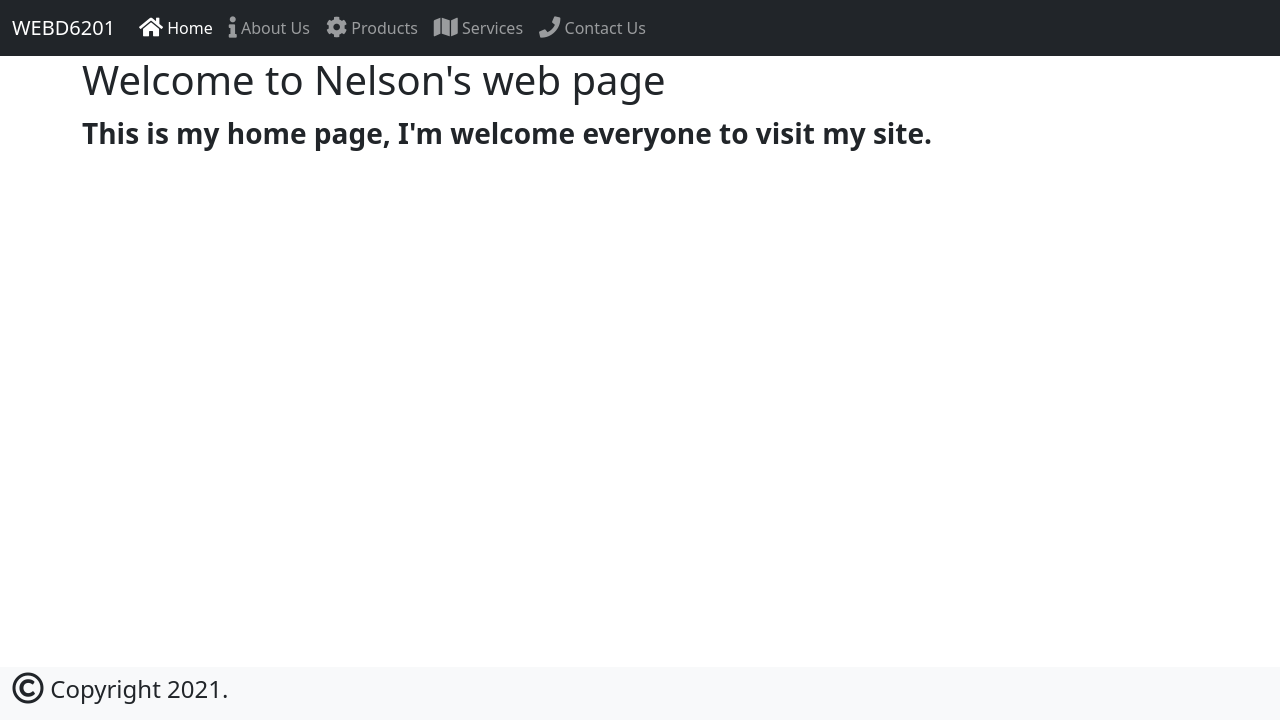
Repository: YiuWingLau/WEBD6201-W2021-Lab1
Page: index.html
An editor plug-in stored every save of this project. The page is shown before and after the next save, followed by the edit.
The browser window is 1280 px wide. The pictures show the whole page.

Above is the page before, as saved 2021-02-03 17:32:27.

### index.html
<!DOCTYPE html>
<html lang="en">
<head>
    <meta charset="UTF-8">
    <meta name="viewport" content="width=device-width, initial-scale=1.0">
    <title>Home</title>

    <!--CSS Section -->
    <link rel="stylesheet" href="./node_modules/bootstrap/dist/css/bootstrap.min.css">
    <link rel="stylesheet" href="./node_modules/@fortawesome//fontawesome-free/css/all.min.css">
    <link rel="stylesheet" href="./Content/app.css">
</head>
<body>
    <!-- Main Header-->
    <header>
      <!-- Main Navigation-->
        <nav class="navbar navbar-expand-lg navbar-dark bg-dark">
            <div class="container-fluid">
              <a class="navbar-brand" href="index.html">WEBD6201</a>
              <button class="navbar-toggler" type="button" data-bs-toggle="collapse" data-bs-target="#navbarSupportedContent" aria-controls="navbarSupportedContent" aria-expanded="false" aria-label="Toggle navigation">
                <span class="navbar-toggler-icon"></span>
              </button>
              <div class="collapse navbar-collapse" id="navbarSupportedContent">
                <ul class="navbar-nav me-auto mb-2 mb-lg-0">

                    <li class="nav-item">
                      <a class="nav-link active" aria-current="page" href="index.html"><i class="fas fa-home fa-lg"></i> Home</a>
                    </li>

                    <li class="nav-item">
                      <a class="nav-link" aria-current="page" href="about.html"><i class="fas fa-info fa-lg"></i> About Us</a>
                    </li>
                    <li class="nav-item">
                      <a class="nav-link" aria-current="page" href="products.html"><i class="fas fa-cog fa-lg"></i> Products</a>
                    </li>
                    <li class="nav-item">
                      <a class="nav-link" aria-current="page" href="services.html"><i class="fas fa-map fa-lg"></i> Services</a>
                    </li>
                    <li class="nav-item">
                      <a class="nav-link" aria-current="page" href="contact.html"><i class="fas fa-phone fa-lg"></i> Contact Us</a>
                    </li>
                </ul>
              </div>
            </div>
        </nav>
    </header>
    <!-- Main Content -->
    <main class="container">
        <h1>Welcome to WEBD6201</h1>
        <p id="paragraphOne" class="fs-3"></p>
    </main>
    <!-- Main Footer -->
    <footer>
        <nav class="navbar fixed-bottom navbar-light bg-light">
            <div class="container-fluid">
              <h4><i class="far fa-copyright fa-lg"></i> Copyright 2021.</a></h4>
            </div>
        </nav>
    </footer>
    <!-- JavaScript Section -->
    <script src="./node_modules/jquery/dist/jquery.min.js"></script>
    <script src="./node_modules/bootstrap/dist/js/bootstrap.bundle.min.js"></script>
    <script src="./Scripts/app.js"></script>
</body>
</html>

### Scripts/app.js
/* custom JavaScript goes here */

//IIFE - Immediately Invoked Function Expression
//AKA - Anonymous Self-Executing Function
//Closure - limits scope leak

"use strict";

(function()
{
    function displayHome()
    {
        let paragraphOneText =
          "This is a simple site to demonstrate DOM Manipulation for ICE 1";

        let paragraphOneElement = document.getElementById("paragraphOne");

        paragraphOneElement.textContent = paragraphOneText;
        paragraphOneElement.className = "fs-5";

        // Step 1. document.createElement
        let newParagraph = document.createElement("p");
        // Step 2. configure the element
        newParagraph.setAttribute("id", "paragraphTwo");
        newParagraph.textContent = "...And this is paragraph two";
        // Step 3. select the parent element
        let mainContent = document.getElementsByTagName("main")[0];
        // Step 4. Add / Insert the element
        mainContent.appendChild(newParagraph);
        newParagraph.className = "fs-6";

        // another way of injecting content
        let paragraphDiv = document.createElement("div");
        let paragraphThree = `<p id="paragraphThree" class="fs-7 fw-bold">And this is the Third Paragraph</p>`;
        paragraphDiv.innerHTML = paragraphThree;

        // insertions

        // example of inserting before a node
        //newParagraph.before(paragraphDiv);

        // example of inserting after a node
        newParagraph.after(paragraphDiv);

        // deletions

        // example of removing a single element
        //paragraphOneElement.remove();

        // example of removeChild
        mainContent.removeChild(paragraphOneElement);
        // update / modification
        //mainContent.firstElementChild.textContent = "Welcome Home!";

        mainContent.innerHTML = `<h1 id="firstHeading">Welcome to Nelson's web page</h1>
         <p id="paragraphOne" class="fs-3 fw-bold">This is my home page, I'm welcome everyone to visit my site.</p>
        `;

    }

    function displayAbout()
    {

    }

    function displayProjects()
    {

    }

    function displayServices()
    {

    }

    function displayContact()
    {
        let messageArea = document.getElementById("messageArea");
        messageArea.hidden = true;

        // form validation
        let fullName = document.getElementById("fullName");
        fullName.addEventListener("blur", function() {
            if(fullName.value.length < 2)
            {
                fullName.focus();
                fullName.select();
                messageArea.hidden = false;
                messageArea.className = "alert alert-danger";
                messageArea.textContent = "Please enter an appropriate Name";
            }
            else
            {
                messageArea.removeAttribute("class");
                messageArea.hidden = true;
            }
        });

        let sendButton = document.getElementById("sendButton");
        sendButton.addEventListener("click", function(event){
            //event.preventDefault();

            let contact = new Contact(fullName.value, contactNumber.value, emailAddress.value);

            if(contact.serialize())
            {
              localStorage.setItem((localStorage.length + 1).toString(), contact.serialize());
            }

        });
    }

    function displayContactList()
    {
      if (localStorage.length > 0)
      {
        let contactList = document.getElementById("contactList");

        let data = "";

        for (let index = 0; index < localStorage.length; index++)
        {
          let contactData = localStorage.getItem((index + 1).toString());

          let contact = new Contact();
          contact.deserialize(contactData);

          data += `<tr>
          <th scope="row">${index + 1}</th>
          <td>${contact.FullName}</td>
          <td>${contact.ContactNumber}</td>
          <td>${contact.EmailAddress}</td>
        </tr>`;
        }

        contactList.innerHTML = data;
      }
    }



    function Start()
    {
        console.log("App Started...");

        //document.open("text/html","replace");
        //document.write("<a class='nav-link' aria-current='page' href='products.html'><i class="fas fa-cog fa-lg"></i> Products</a>");

        //<a id="navbarSupportedContent">Projects</a>
        //let navBarElement = getElementById("navbarSupportedContent");

        //document.getElementById("navbarSupportedContent")[2].innerHTML = document.link;

        switch (document.title)
        {
          case "Home":
              displayHome();
            break;
          case "About":
              displayAbout();
            break;
          case "Projects":
              displayProjects();
            break;
          case "Services":
              displayServices();
            break;
          case "Contact":
              displayContact();
            break;
          case "Contact-List":
            displayContactList();
          break;
        }

    }

    window.addEventListener("load", Start);

})();

Loaded but not shown: node_modules/bootstrap/dist/css/bootstrap.min.css (library); node_modules/@fortawesome/fontawesome-free/css/all.min.css (library); node_modules/jquery/dist/jquery.min.js (library); node_modules/bootstrap/dist/js/bootstrap.bundle.min.js (library); Content/app.css (no stored copy; drawn as an empty file)

After the next save:
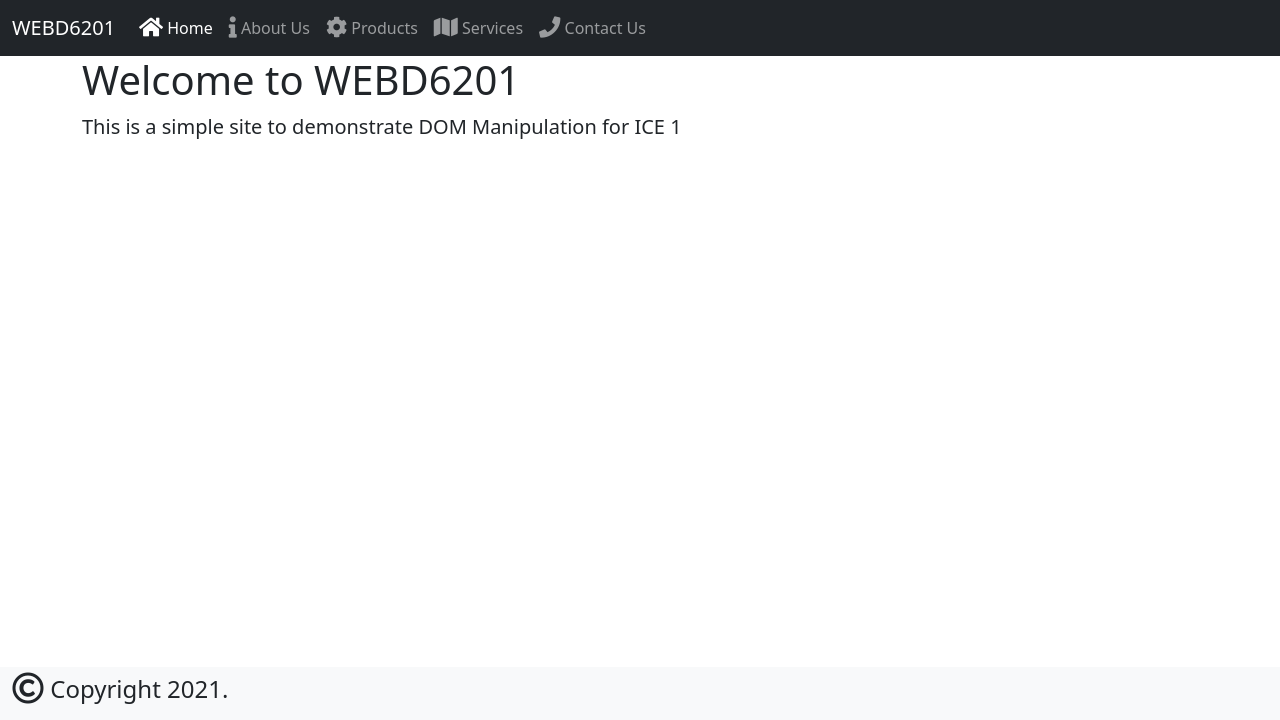
Console error: TypeError: Cannot read properties of undefined (reading 'appendChild')
Saved 81 s later.
--- a/Scripts/app.js
+++ b/Scripts/app.js
@@ -24,7 +24,7 @@
         newParagraph.setAttribute("id", "paragraphTwo");
         newParagraph.textContent = "...And this is paragraph two";
         // Step 3. select the parent element
-        let mainContent = document.getElementsByTagName("main")[0];
+        let mainContent = document.getElementsByTagName("main")[1];
         // Step 4. Add / Insert the element
         mainContent.appendChild(newParagraph);
         newParagraph.className = "fs-6";

After the save that followed:
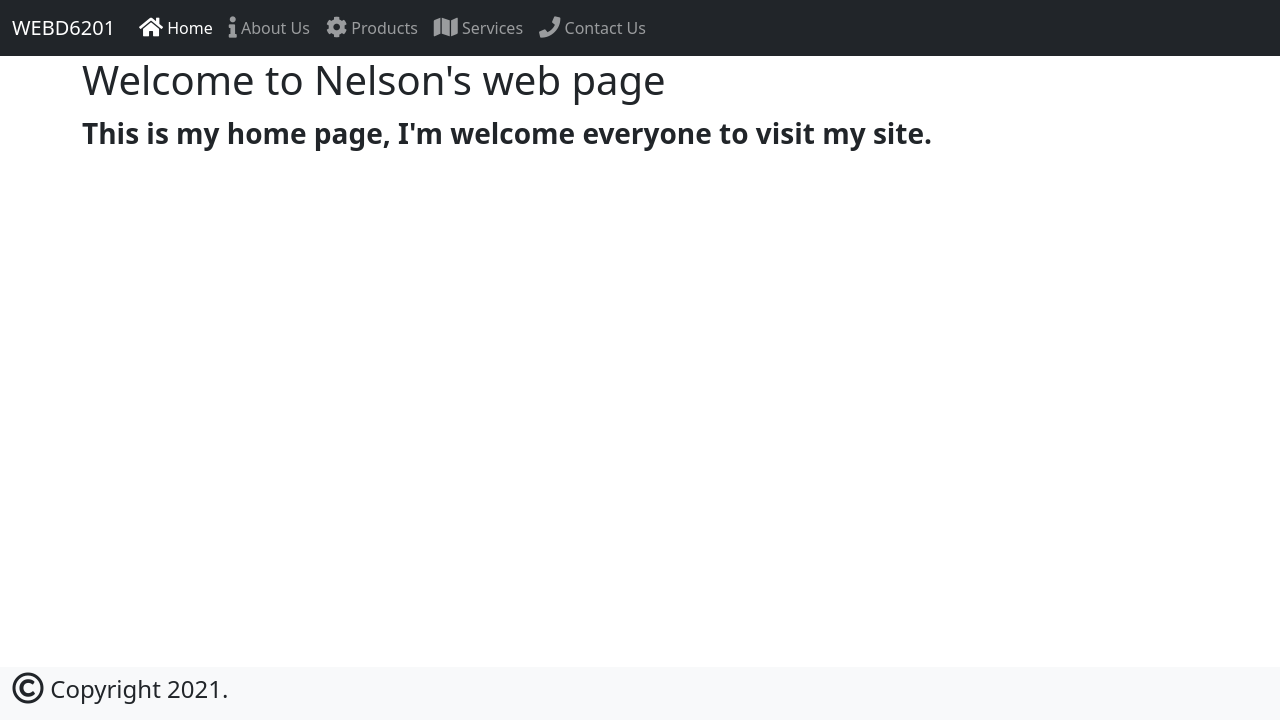
The error is gone.
Saved 25 s later.
--- a/Scripts/app.js
+++ b/Scripts/app.js
@@ -24,7 +24,7 @@
         newParagraph.setAttribute("id", "paragraphTwo");
         newParagraph.textContent = "...And this is paragraph two";
         // Step 3. select the parent element
-        let mainContent = document.getElementsByTagName("main")[1];
+        let mainContent = document.getElementsByTagName("main")[0];
         // Step 4. Add / Insert the element
         mainContent.appendChild(newParagraph);
         newParagraph.className = "fs-6";
